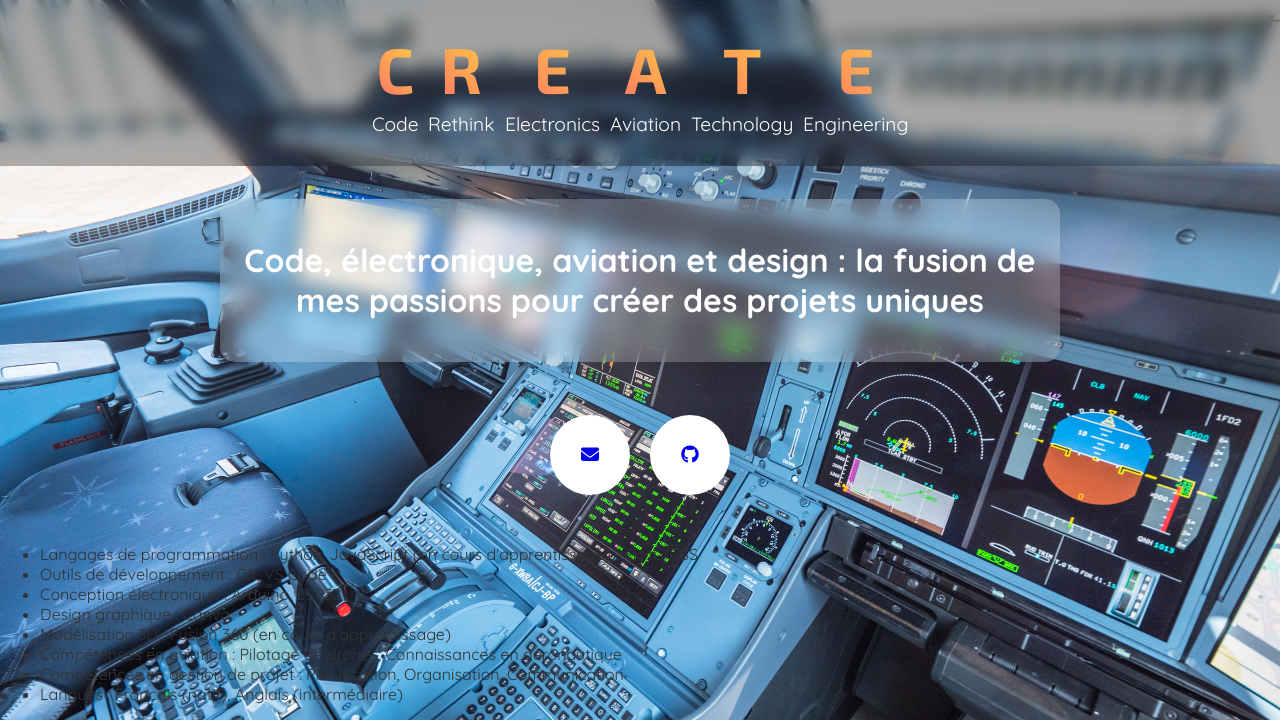
Repository: nlagardere/myportfolio
Page: index.html
An editor plug-in stored every save of this project. The page is shown before and after the next save, followed by the edit.
The browser window is 1280 px wide. The pictures show the whole page.

Above is the page before, as saved 2025-09-06 10:06:08.

After the next save:
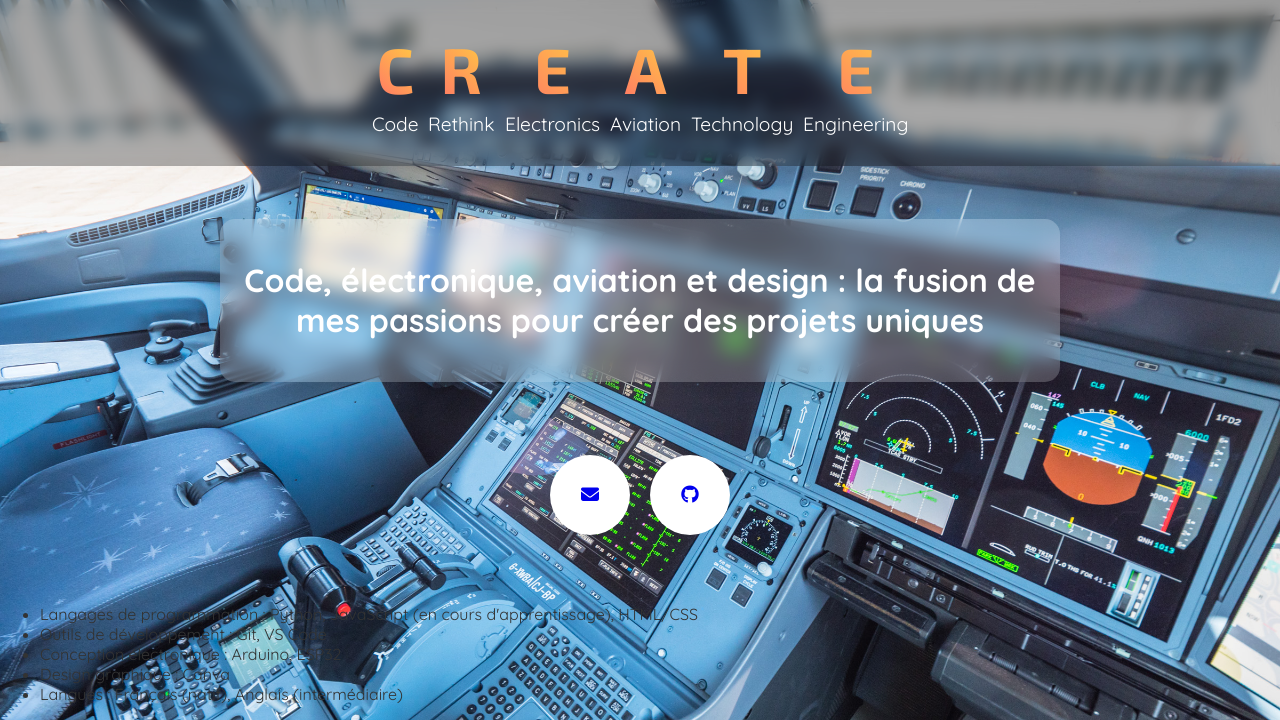
Saved 5 s later.
--- a/index.html
+++ b/index.html
@@ -237,9 +237,6 @@
       <li>Outils de développement : Git, VS Code</li>
       <li>Conception électronique : Arduino, ESP32</li>
       <li>Design graphique : Canva</li>
-      <li>Modélisation 3D : Fusion 360 (en cours d'apprentissage)</li>
-      <li>Compétences en aviation : Pilotage de drones, Connaissances en aéronautique</li>
-      <li>Compétences en gestion de projet : Planification, Organisation, Communication</li>
       <li>Langues : Français (natif), Anglais (intermédiaire)</li>
     </ul>
   </div>
